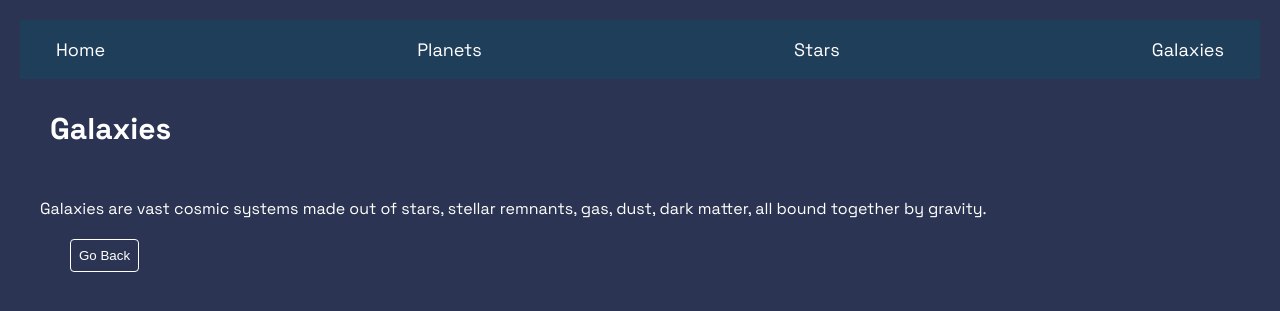
Repository: rmdayberry/Cosmic-Encyclopedia
Page: /galaxies
These files come from the project's save history. The page is drawn as it stood at one moment and after the next save; the edit follows.
The browser window is 1280 px wide. The pictures show the whole page.
The project was rebuilt for these pictures with package versions that can differ from the ones it lists, and the page was loaded fresh each time. Also part of the build but not shown: vite.config.js, src/pages/Homepage.js.

Above is the page before, as saved 2024-08-31 16:12:37.

After the next save:
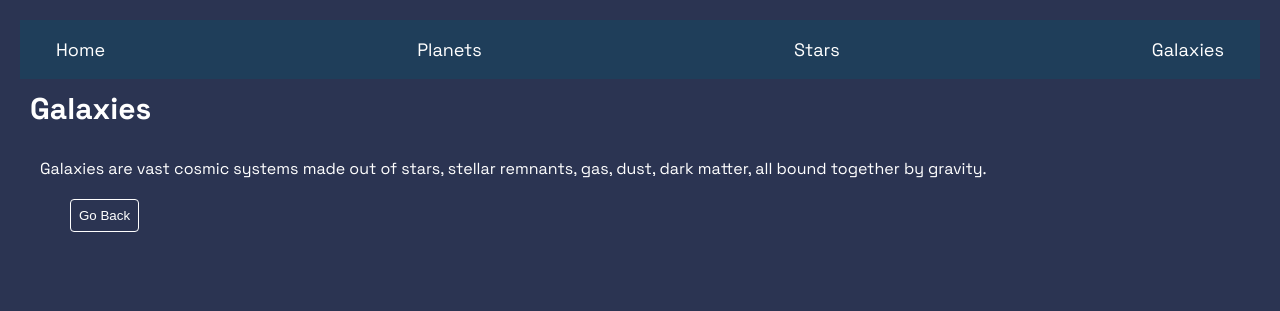
Saved 13 s later.
--- a/src/index.css
+++ b/src/index.css
@@ -61,5 +61,5 @@ button {
 
 .content-title {
   font-size: 30px;
-  padding: 30px;
+  padding: 10px;
 }
